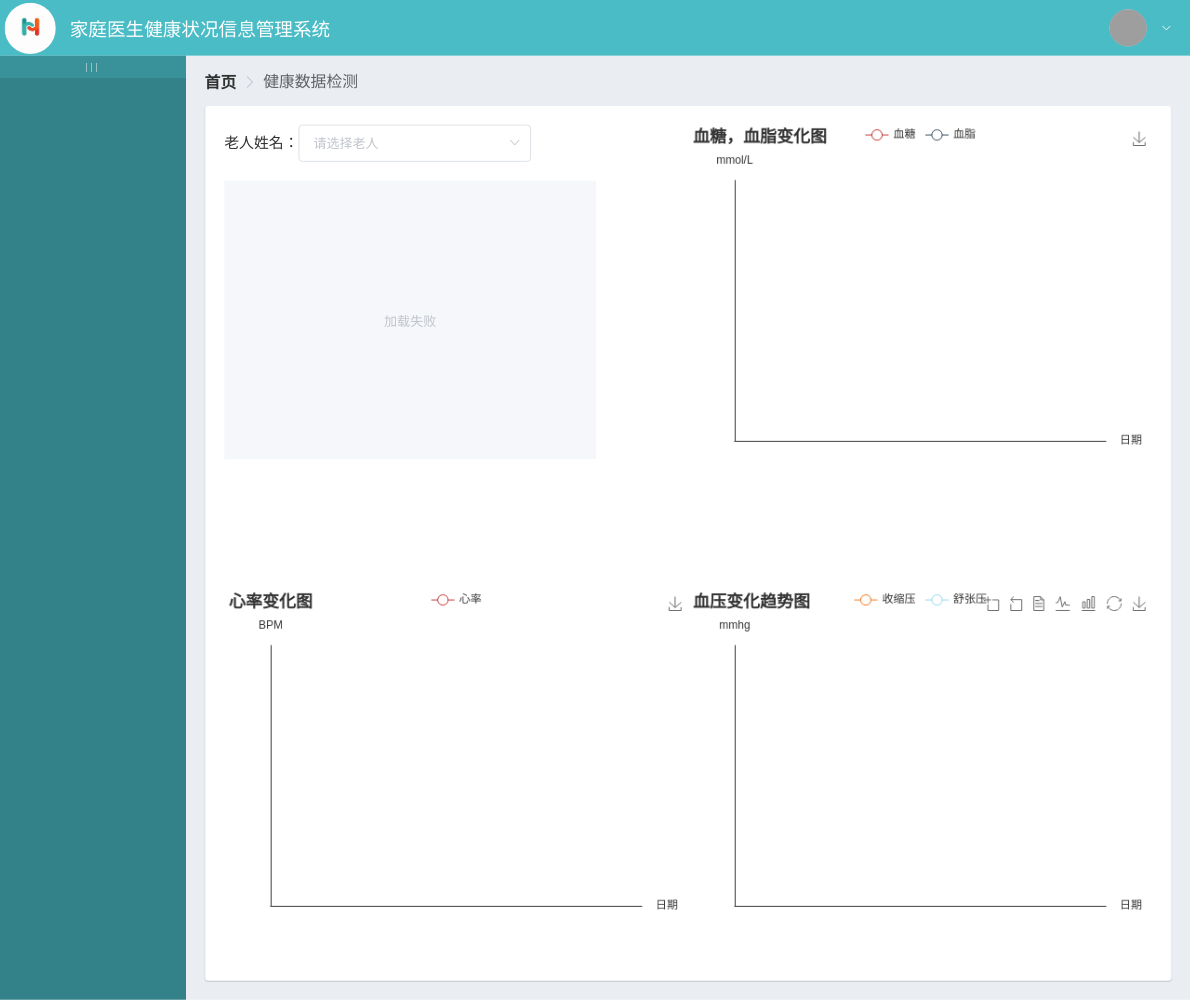
Repository: hyyBubbly/community-web-vue
Page: /#/healthyData (app in community/)
The author's editor kept a copy of each file at every save. The page is drawn from the files as they stood at one save, then again after the next save.
The browser window is 1280 px wide. The pictures show the whole page, at 93% of full size.
Pictures or frames that could not be fetched are drawn as grey boxes. The page's requests for data from a server got no answer. The project was rebuilt for these pictures with package versions that can differ from the ones it lists, and the page was loaded fresh each time. No one was signed in, and anything a server would have sent is missing. Also part of the build but not shown: community/vue.config.js, community/src/components/Login.vue, community/src/components/Welcome.vue, community/src/components/User/UserList.vue, community/src/components/admin/WorkerList.vue, community/src/components/community/CommunityList.vue, community/src/components/healthfiles/Healthiness.vue, community/src/components/User/OlderInfoList.vue and 13 more.

Above is the page before, as saved 2024-01-29 00:58:55.

### community/src/main.js
import Vue from 'vue'
import App from './App.vue'
import router from './router'
import './plugins/element.js'
import './assets/css/global.css'
import md5 from 'md5.js'
//引入iconfont
import './assets/font/iconfont.css'
// 导入axios
import axios from 'axios'
import moment from "moment"
import echarts from 'echarts'
Vue.prototype.$echarts = echarts
//时间转化
Vue.prototype.$moment = moment;
// 挂载axios 到Vue的原型prototype的$http
Vue.prototype.$http = axios
// 设置请求的根路径
axios.defaults.baseURL = "http://localhost:9001"
Vue.config.productionTip = false
//md5加密
Vue.prototype.$md5 = md5;



new Vue({
  router,
  render: h => h(App)
}).$mount('#app')

### community/src/App.vue
<template>
  <div id="app">
    <router-view></router-view>
  </div>
</template>
<script>
  // export default {
  //   name: 'App',
  //   provide(){
  //     return {
  //       reload: this.reload
  //     }
  //   },
  //   data(){
  //     return {
  //       isRouterAlive: true
  //     }
  //   },
  //   methods:{
  //     reload() {
  //       this.isRouterAlive = false;
  //       this.$nextTick(function (){
  //         this.isRouterAlive = true
  //       })
  //     }
  //   }
  // }
</script>
<style>

</style>

### community/src/assets/css/global.css
/* 全局样式 */
HTML,body,#app{
	height: 100%;
	margin: 0;
	padding: 0;
}
/* 卡片区域  !important 提高样式级别*/
.el-card{
	box-shadow: 0 1px 1px rgba(0,8,10,0.15) !important;
}

/*表格样式*/
.el-table{
	margin-top: 15px;
	font-size: 12px;
	min-width: 350px;
}

### community/src/assets/font/iconfont.css
@font-face {
  font-family: "iconfont"; /* Project id 3270408 */
  src: url('iconfont.woff2?t=1652753196788') format('woff2'),
       url('iconfont.woff?t=1652753196788') format('woff'),
       url('iconfont.ttf?t=1652753196788') format('truetype');
}

.iconfont {
  font-family: "iconfont" !important;
  font-size: 16px;
  font-style: normal;
  -webkit-font-smoothing: antialiased;
  -moz-osx-font-smoothing: grayscale;
}

.icon-huoyuedu:before {
  content: "\e607";
}

.icon-xiaoqushu:before {
  content: "\e6df";
}

.icon-fangwenliang:before {
  content: "\e646";
}

.icon-duzheliuyan:before {
  content: "\e604";
}

.icon-hudongshequ:before {
  content: "\e62f";
}

.icon-huoyueshu:before {
  content: "\e702";
}

.icon-community:before {
  content: "\e61c";
}

.icon-shujujiance:before {
  content: "\e683";
}

.icon-huzhu:before {
  content: "\e778";
}

.icon-denglu:before {
  content: "\e603";
}

.icon-mima:before {
  content: "\e65c";
}

.icon-gouwuche:before {
  content: "\e600";
}

.icon-2jiankangzhishi:before {
  content: "\e622";
}

.icon-huodong:before {
  content: "\e630";
}

.icon-canyinguanli:before {
  content: "\e624";
}

.icon-huodong1:before {
  content: "\e870";
}

.icon-jiankangdanganx:before {
  content: "\e60d";
}

.icon-yiliaohuzhu:before {
  content: "\e686";
}

.icon-yonghu:before {
  content: "\e633";
}

.icon-guanliyuan:before {
  content: "\e62a";
}

.icon-guanliyuan1:before {
  content: "\e681";
}

.icon-menu_lrkh:before {
  content: "\e656";
}

.icon-shequ:before {
  content: "\e663";
}

### community/src/components/Home.vue
<template>
  <!-- 引入布局 -->
  <el-container class="home-container" v-loading="loading">
    <!-- 头部 -->
    <el-header>
      <div class="clickPop">
        <img src="../assets/sportlogo.jpg" alt />
        <span class="span-font">家庭医生健康状况信息管理系统</span>
      </div>
      <el-dropdown class="clickPop">
        <el-avatar src="https://cube.elemecdn.com/0/88/03b0d39583f48206768a7534e55bcpng.png"
          style="margin-right: 10px"></el-avatar>
        <span class="el-dropdown-link">
          {{ getUsername() }}<i class="el-icon-arrow-down el-icon--right"></i>
        </span>
        <el-dropdown-menu slot="dropdown">
          <el-dropdown-item><span @click="Main">首页</span></el-dropdown-item>
          <!--            <el-dropdown-item><el-badge :value="12"><span @click="">购物车</span></el-badge></el-dropdown-item>-->
          <el-dropdown-item><span @click="$router.push({ path: '/personal' })">个人中心</span></el-dropdown-item>
          <el-dropdown-item><span type="info" @click="quit">安全退出</span></el-dropdown-item>
        </el-dropdown-menu>
      </el-dropdown>

    </el-header>
    <!-- 主体 -->
    <el-container>
      <!-- 侧边栏 -->
      <el-aside :width="width">
        <el-menu background-color="#46afb9" text-color="#fff" active-text-color="#889fa0" unique-opened
          :collapse="isCollapse" :collapse-transition="false" :router="true" :default-active="activePath">
          <div class="toggle-button" @click="toggleCollapase">|||</div>
          <!-- 一级菜单 -->
          <el-submenu :index="item.id + ''" v-for="item in menuList" :key="item.id">
            <template slot="title">
              <i :class="iconsObject[item.id]"></i>
              <span style="margin-left: 7px">{{ item.title }}</span>
            </template>
            <!-- 二级菜单 -->
            <el-menu-item :index="it.path + ''" v-for="it in item.sList" :key="it.id" @click="saveNavState()">
              <template slot="title">
                <i :class="iconsObject[it.id]"></i>
                <span style="margin-left: 7px">{{ it.title }}</span>
              </template>
            </el-menu-item>
          </el-submenu>
        </el-menu>
      </el-aside>
      <!-- 主体内容 -->
      <el-main>
        <router-view></router-view>
      </el-main>
      <el-dialog title="用户评价" :visible.sync="isDialog" width="40%">
        <el-col :span="7" style="margin-top: 15px"><el-rate v-model="assessForm.assess" show-text></el-rate></el-col>
        <!-- 内容底部区域    -->
        <span slot="footer" class="dialog-footer">
          <el-button @click="isDialog = false">取 消</el-button>
          <el-button type="primary" @click="logout">确 认</el-button>
        </span>
      </el-dialog>
    </el-container>
  </el-container>
</template>
<script>
export default {
  data() {
    return {
      //菜单列表
      loading: true,
      width: "200px",
      menuList: [],
      isCollapse: false,
      sList: [],
      assessForm: {
        assess: ""
      },
      isPopup: false,
      isDialog: false,
      percentage: 0,
      customColors: "",
      token: "",
      editPassword: {
        id: "",
        username: "",
        oldPassword: "",
        newPassword: "",
        passwordConfirm: ""
      },
      iconsObject: {
        '100': 'iconfont icon-yonghu',
        '200': 'iconfont icon-shequ',
        '300': 'iconfont icon-jiankangdanganx',
        '400': 'iconfont icon-huzhu',
        '500': 'iconfont icon-2jiankangzhishi',
        '600': 'iconfont icon-huodong1',
        '101': 'iconfont icon-guanliyuan1',
        '102': 'iconfont icon-yonghu',
        '103': 'iconfont icon-menu_lrkh',
        '201': 'iconfont icon-shequ',
        '301': 'iconfont icon-jiankangdanganx',
        '302': 'iconfont icon-shujujiance',
        '401': 'iconfont icon-yiliaohuzhu',
        '402': 'iconfont icon-gouwuche',
        '403': 'iconfont icon-canyinguanli',
        '501': 'iconfont icon-2jiankangzhishi',
        '601': 'iconfont icon-huodong1',
      },
      activePath: "/welcome",// 默认路径
    }
  },
  // onload事件
  created() {
    //查询menuList
    this.getUsername();
    this.getMenuList();
    this.activePath = window.sessionStorage.getItem('activePath');//取出session里的path动态修改
    this.loading = false;
  },
  methods: {
    quit() {
      if (window.sessionStorage.getItem("isAssess") === "1") {
        return this.logout()
      }
      this.isDialog = true
    },
    Main() {
      this.$router.push("/welcome");
    },
    getUsername() {
      this.editPassword.id = window.sessionStorage.getItem("id");
      this.editPassword.username = window.sessionStorage.getItem("workName");
      return this.editPassword.username;
    },
    //安全退出
    async logout() {
      if (this.assessForm.assess !== '' && this.assessForm.assess !== null && this.assessForm.assess !== 0) {
        this.assessForm.workId = window.sessionStorage.getItem("id")
        this.assessForm.createName = window.sessionStorage.getItem("workName")
        this.assessForm.roleId = window.sessionStorage.getItem("roleId")
        const { data: res } = await this.$http.post("/assess/addAssess", this.assessForm)
        if (res !== "success") {
          return this.$message.error("评价失败！！！")
        }
        this.$message.success("评价成功！！！")
      }
      const confirmResult = await this.$confirm('是否确定退出？', '提示', {
        confirmButtonText: "确定",
        cancelButtonText: "取消",
        type: 'warning'
      }).catch(err => err)
      if (confirmResult !== 'confirm') {//取消
        return this.$message.info("已取消退出");
      }
      window.sessionStorage.clear();//清除session
      window.localStorage.clear();
      await this.$router.push("/login");//回到首页
    },
    //获取导航菜单
    async getMenuList() {
      let token
      if (window.sessionStorage.getItem("roleId") === '' || window.sessionStorage.getItem("roleId") === null) {
        token = this.$route.query.roleId
      } else {
        token = window.sessionStorage.getItem("roleId")
      }
      const { data: res } = await this.$http.get("menus?roleId=" + token);
      console.log(res);
      if (res.flag !== 200)
        return this.$message.error("获取列表失败!!!");//访问失败的错误信息
      this.menuList = res.menus;//返回数据
    },

    //控制伸缩
    toggleCollapase() {
      this.isCollapse = !this.isCollapse;
      if (this.isCollapse === true) {
        this.width = "64px";
      } else {
        this.width = "200px";
      }
    },
    //保存路径
    saveNavState(activePath) {
      window.sessionStorage.setItem('activePath', activePath);//存放在session里
      this.activePath = activePath;
    }
  }
}
</script>

<style lang="less" scoped>
// 全局样式
.home-container {
  height: 100%;
}

//头部样式
.el-header {
  // background-color: #373d41;
  background-color: #4abcc6;
  display: flex;
  align-items: center;
  justify-content: space-between; //左右贴边
  padding-left: 0%; //左边界
  color: #fff;
  font-size: 20px;
}

.clickPop {
  display: flex;
  align-items: center;
  cursor: pointer; //显示小手

  img {
    border-radius: 50%;
    margin: 5px;
  }
}

.span-font {
  margin-left: 10px;
  font-family: 隶书;
}

//侧边栏样式
.el-aside {
  background-color: #348289;

  .el-menu {
    border-right: none;
  }

  .el-submenu__title i,
  .el-menu-item i {
    color: #ffffff;
  }

  .el-menu-item.is-active {
    text-shadow:0 0 5px #FFFF66,1px 1px 1px #fff,-1px -1px 1px #fff,0 0 10px #FFFF99,0 0 20px #B9EB50;
  }
}

//主体样式
.el-main {
  background-color: #eaedf1;
}

img {
  width: 55px;
  height: 55px;
}

// |||按钮样式
.toggle-button {
  background-color: #399199;
  font-size: 10px;
  line-height: 24px;
  color: #fff;
  text-align: center;
  letter-spacing: 0.2rem;
  cursor: pointer; //显示小手
}

.el-dropdown-link {
  cursor: pointer;
  color: #fffdef;
}

.el-icon-arrow-down {
  font-size: 12px;
}
</style>

### community/src/components/healthfiles/HealthyData.vue
<template>
  <div>
    <el-breadcrumb separator-class="el-icon-arrow-right">
      <el-breadcrumb-item :to="{ path: '/home' }">首页</el-breadcrumb-item>
      <el-breadcrumb-item>健康数据检测</el-breadcrumb-item>
    </el-breadcrumb>
    <el-card style="height: 100%">
      <el-row>
        <el-col style="width: 50%;height: 300px;">
          <label>老人姓名：</label>
          <el-select placeholder="请选择老人" v-model="queryInfo.olderId" @change="getInternalList" clearable filterable
            style="width: 50%; padding-right: 10px">
            <el-option v-for="item in olderDrop" :key="item.olderId" :label="item.olderName" :value="item.olderId">
            </el-option>
          </el-select>
          <el-image :src="img" style="height: 300px;width: 400px;margin-top: 20px"></el-image>
        </el-col>
        <el-col id="drawLine" style="width: 50%;height: 400px;"></el-col>
      </el-row>
      <el-row style="margin-top: 100px;">
        <el-col id="line" style="width: 50%;height: 400px;"></el-col>
        <el-col id="id" style="width: 50%;height: 400px;"></el-col>
      </el-row>
    </el-card>
  </div>
</template>
<script>

export default {
  name: 'HealthyData',
  data() {
    return {
      queryInfo: {
        orderId: "",
        userId: ""
      },
      olderDrop: [{
        orderId: "",
        orderName: ""
      }],
      internalList: [{
        heartRate: "",
        bloodPressure: "",
        bloodSugar: "",
        bloodFat: "",
        pulse: "",
        liverFunction: "",
        renalFunction: "",
        bloodRoutine: "",
        urinalysis: "",
        CDultrasound: "",
        physician: "",
        photo: ""
      }],
      dataX: [],
      dataY: [],
      dataHeightY: [],
      dataLowY: [],
      dataFatY: [],
      dataSugarY: [],
      img: "",
      token: ""
    }
  },
  created() {
    // this.selectOlderDrop();
    this.getInternalList();
  },
  methods: {
    //获取内科信息
    async getInternalList() {
      this.dataX = [];
      this.dataY = [];
      this.dataHeightY = [];
      this.dataLowY = [];
      this.token = window.sessionStorage.getItem("roleId")
      if (this.token === '4') {
        this.queryInfo.userId = window.sessionStorage.getItem("id")
      } else {
        this.queryInfo.userId = ''
      }
      const { data: res } = await this.$http.get("/healthy/internalList?olderId=" + "2")
      this.internalList = res;
      this.img = require('@/' + this.internalList[0].photo)
      for (let i = 0; i < this.internalList.length; i++) {
        this.dataX.push(this.$moment(this.internalList[i].createTime).format('YYYY/MM'))
        this.dataY.push(this.internalList[i].heartRate)
        this.dataHeightY.push(this.internalList[i].bloodPressure.split("/")[0])
        this.dataLowY.push(this.internalList[i].bloodPressure.split("/")[1])
        this.dataFatY.push(this.internalList[i].bloodFat)
        this.dataSugarY.push(this.internalList[i].bloodSugar)
      }
      this.myLine();
      this.myEcharts();
      this.drawLine();
    },
    async selectOlderDrop() {
      this.token = window.sessionStorage.getItem("roleId")
      if (this.token === '4') {
        this.queryInfo.userId = window.sessionStorage.getItem("id")
      } else {
        this.queryInfo.userId = ''
      }
      // const {data: res} = await this.$http.get("/healthy/olderDrop?userId=" + this.queryInfo.userId);
      // this.olderDrop = res;
      // this.queryInfo.olderId = this.olderDrop[0].olderId
      this.olderDrop = [
        {
          "olderId": this.queryInfo.userId,
          "olderName": "testMyself"
        },
        {
          "olderId": 2,
          "olderName": "testChange"
        }]
      this.queryInfo.olderId = this.olderDrop[0].olderId
      await this.getInternalList()
    },
    drawLine() {
      // 基于准备好的dom，初始化echarts实例
      const myChart = this.$echarts.init(document.getElementById('drawLine'));
      // 指定图表的配置项和数据
      const option = {
        title: {
          text: '血糖，血脂变化图'
        },
        toolbox: {
          feature: {
            saveAsImage: {}
          }
        },
        tooltip: {},
        legend: {
          data: ['血糖', '血脂']
        },
        xAxis: {
          boundaryGap: false,
          data: this.dataX,
          name: '日期'
        },
        yAxis: {
          name: 'mmol/L'
        },
        visualMap: [{
          show: false,
          dimension: 1,
          seriesIndex: 0,
          pieces: [{ gte: 4.1, lte: 6.1, color: '#2a5caa' }],
          outOfRange: {
            color: 'red'
          }
        },
        {
          show: false,
          dimension: 1,
          seriesIndex: 1,
          pieces: [{ gte: 2.6, lte: 3.9, color: '#7fb80e' }],
          outOfRange: {
            color: 'red'
          }
        }
        ],
        series: [{
          name: '血糖',
          type: 'line',
          data: this.dataSugarY,
        },
        {
          name: '血脂',
          type: 'line',
          data: this.dataFatY,
        }
        ]
      };
      // 使用刚指定的配置项和数据显示图表。
      myChart.setOption(option, true);
      window.onresize = function () {
        myChart.resize()
      }
    },


    myEcharts() {
      // 基于准备好的dom，初始化echarts实例
      const myChart = this.$echarts.init(document.getElementById('id'));

      // 指定图表的配置项和数据
      const option = {
        title: {
          text: '血压变化趋势图'
        },
        tooltip: {
          trigger: 'axis'
        },
        legend: {},
        toolbox: {
          show: true,
          feature: {
            dataZoom: {
              yAxisIndex: 'none'
            },
            dataView: { readOnly: false },
            magicType: { type: ['line', 'bar'] },
            restore: {},
            saveAsImage: {}
          }
        },
        xAxis: {
          type: 'category',
          boundaryGap: false,
          data: this.dataX,
          name: "日期"
        },
        yAxis: {
          type: 'value',
          name: 'mmhg'
        },
        series: [
          {
            name: '收缩压',
            type: 'line',
            data: this.dataHeightY,
            markPoint: {
              data: [
                { type: 'max', name: 'Max' },
                { type: 'min', name: 'Min' }
              ]
            },
            markLine: {
              data: [{ type: 'average', name: 'Avg' }]
            },
            itemStyle: {
              color: "#f47920"
            },
          },
          {
            name: '舒张压',
            type: 'line',
            data: this.dataLowY,
            markPoint: {
              data: [
                { type: 'max', name: 'Max' },
                { type: 'min', name: 'Min' }]
            },
            markLine: {
              data: [
                { type: 'average', name: 'Avg' },
                [
                  {
                    symbol: 'none',
                    x: '90%',
                    yAxis: 'max'
                  },
                  {
                    symbol: 'circle',
                    label: {
                      position: 'start',
                      formatter: 'Max'
                    },
                    type: 'max',
                    name: '最高点'
                  }
                ]
              ]
            },
            itemStyle: {
              color: '#90d7ec'
            },
          }
        ]
      };
      // 使用刚指定的配置项和数据显示图表。
      myChart.setOption(option);
      window.onresize = function () {
        myChart.resize()
      }
    },

    myLine() {
      // 基于准备好的dom，初始化echarts实例
      const myChart = this.$echarts.init(document.getElementById('line'));
      // 指定图表的配置项和数据
      const option = {
        title: {
          text: '心率变化图'
        },
        toolbox: {
          feature: {
            saveAsImage: {}
          }
        },
        tooltip: {},
        legend: {
          data: ['心率']
        },
        xAxis: {
          boundaryGap: false,
          data: this.dataX,
          name: '日期'
        },
        yAxis: {
          name: 'BPM'
        },
        visualMap: {
          show: false,
          dimension: 1,
          pieces: [{ gte: 70, lte: 150, color: 'green' }],
          outOfRange: {
            color: 'red'
          }
        },
        series: [{
          name: '心率',
          type: 'line',
          data: this.dataY,
          smooth: true,
          markArea: {
            itemStyle: {
              color: 'rgba(255, 173, 177, 0.4)'
            },
            data: [
              [
                {
                  name: '正常范围',
                  yAxis: '70'
                },
                {
                  yAxis: '150'
                }
              ]
            ]
          }

        }
        ]
      };
      // 使用刚指定的配置项和数据显示图表。
      myChart.setOption(option, true);
      window.onresize = function () {
        myChart.resize()
      }
    },
  },

  //调用
  mounted() {
    this.$nextTick(function () {
      this.drawLine();
      this.myEcharts()
      this.myLine()
    })
  }
}
</script>
<style lang="less" scoped>
.el-breadcrumb {
  margin-bottom: 15px;
  font-size: 17px;
}

* {
  margin: 0;
  padding: 0;
  list-style: none;
}

.el-header,
.el-footer {
  background-color: #B3C0D1;
  color: #333;
  text-align: center;
  line-height: 60px;
}

.el-aside {
  background-color: #D3DCE6;
  color: #333;
  text-align: center;
  line-height: 200px;
}

.el-main {
  background-color: #E9EEF3;
  color: #333;
  text-align: center;
  line-height: 160px;
}

body>.el-container {
  margin-bottom: 40px;
}

.el-container:nth-child(5) .el-aside,
.el-container:nth-child(6) .el-aside {
  line-height: 260px;
}

.el-container:nth-child(7) .el-aside {
  line-height: 320px;
}
</style>

Loaded but not shown: community/public/index.html (common file); community/src/plugins/element.js (common file); community/src/router/index.js (149 lines, source omitted)

After the next save:
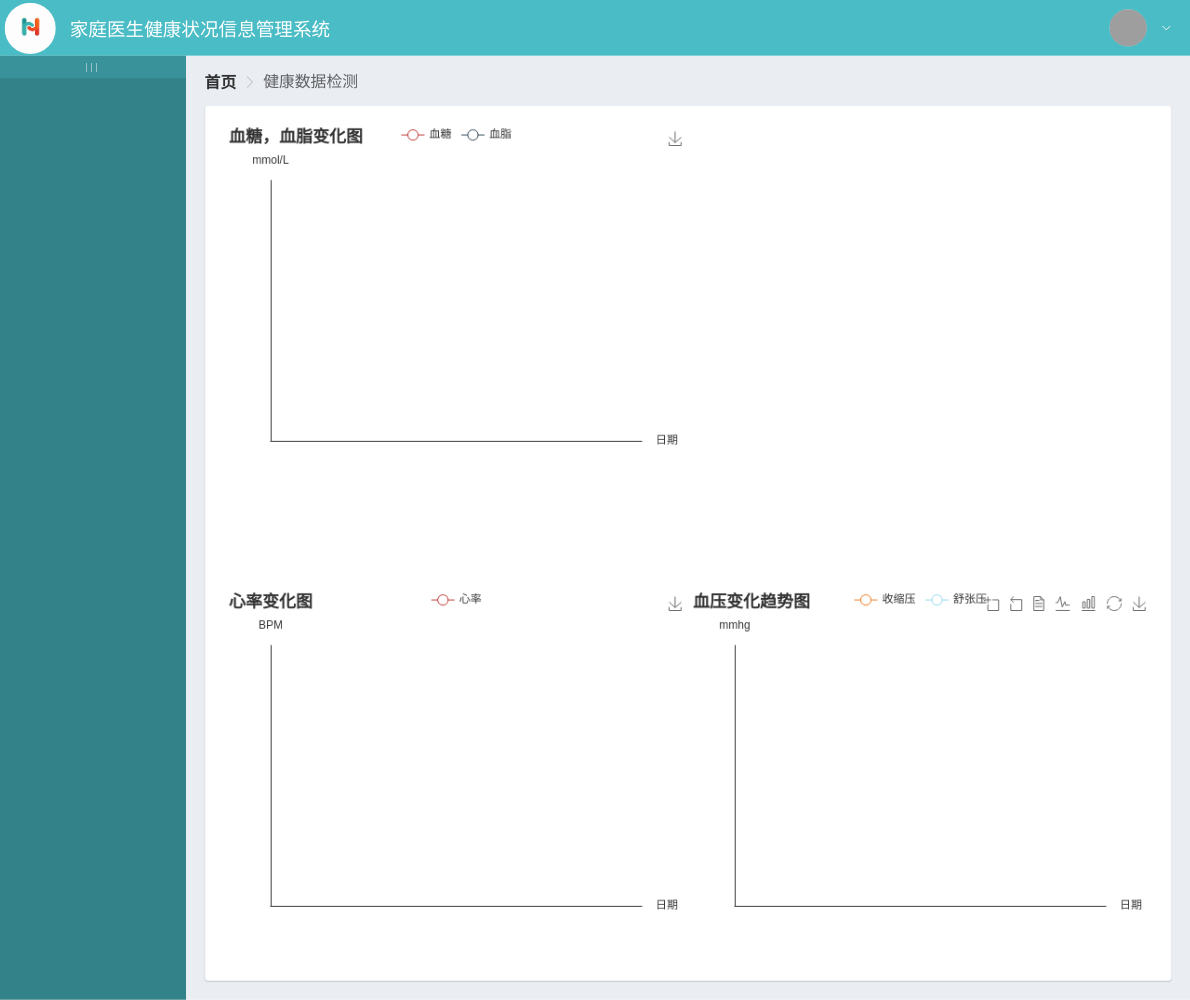
Saved 27 s later.
--- a/community/src/components/healthfiles/HealthyData.vue
+++ b/community/src/components/healthfiles/HealthyData.vue
@@ -6,7 +6,7 @@
     </el-breadcrumb>
     <el-card style="height: 100%">
       <el-row>
-        <el-col style="width: 50%;height: 300px;">
+        <!-- <el-col style="width: 50%;height: 300px;">
           <label>老人姓名：</label>
           <el-select placeholder="请选择老人" v-model="queryInfo.olderId" @change="getInternalList" clearable filterable
             style="width: 50%; padding-right: 10px">
@@ -14,7 +14,7 @@
             </el-option>
           </el-select>
           <el-image :src="img" style="height: 300px;width: 400px;margin-top: 20px"></el-image>
-        </el-col>
+        </el-col> -->
         <el-col id="drawLine" style="width: 50%;height: 400px;"></el-col>
       </el-row>
       <el-row style="margin-top: 100px;">
